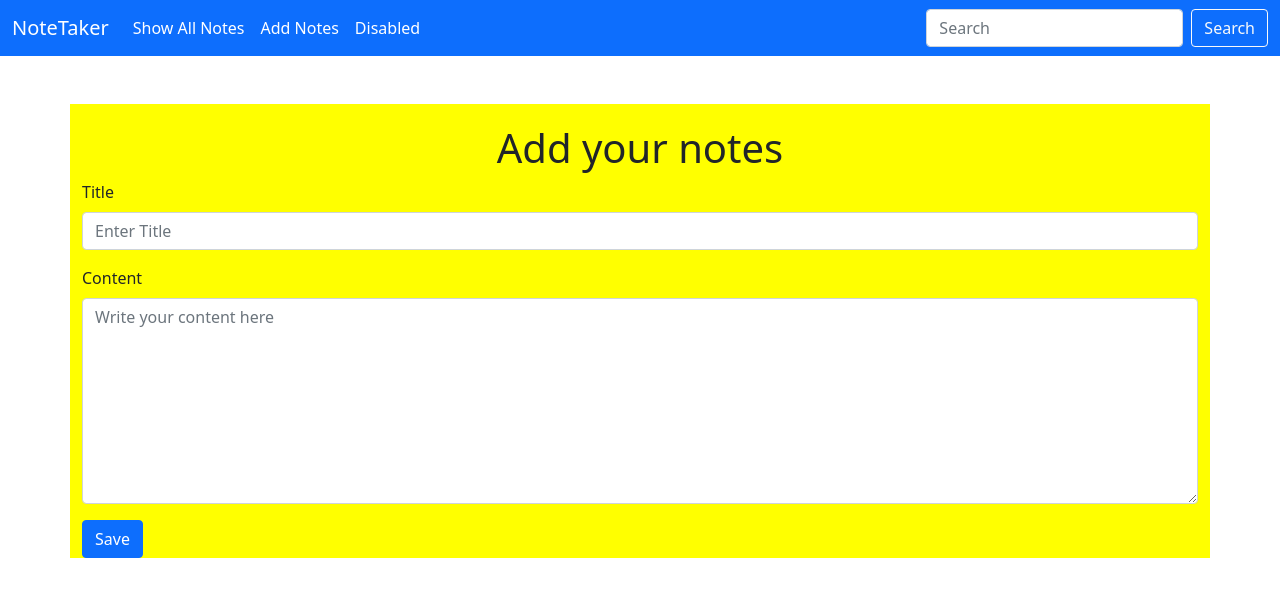
Repository: Shubham-Kumar-cmd/Hibernate
Page: http://localhost/NoteTakerApp/addNotes.jsp
The author's editor kept a copy of each file at every save. The page is drawn from the files as they stood at one save, then again after the next save.
The browser window is 1280 px wide. The pictures show the whole page.
The page is served by Tomcat 9. Other server files are loaded and not shown.

Above is the page before, as saved 2023-02-07 13:18:10.

### NoteTakerApp/src/main/webapp/addNotes.jsp
<%@ page language="java" contentType="text/html; charset=ISO-8859-1"
	pageEncoding="ISO-8859-1"%>
<%@include file="header.jsp"%>
<!DOCTYPE html>
<html>
<head>
<meta charset="ISO-8859-1">
<link
	href="https://cdn.jsdelivr.net/npm/bootstrap@5.0.2/dist/css/bootstrap.min.css"
	rel="stylesheet"
	integrity="sha384-EVSTQN3/azprG1Anm3QDgpJLIm9Nao0Yz1ztcQTwFspd3yD65VohhpuuCOmLASjC"
	crossorigin="anonymous">
<link rel="stylesheet" href="css/style.css">
<title>Add Notes</title>
</head>
<body>

<div class="container mt-5 mb-5">
	<h1 class="title">Add your notes</h1>
	<form action="" method="post">
		<div class="mb-3">
			<label for="title" class="form-label">Title</label>
			<input type="text"
			class="form-control"
			id="title"
			name="title"
			aria-describedby="emailHelp"
			placeholder="Enter Title"
			required>

		</div>
		<div class="mb-3">
			<label for="content" class="form-label">Content</label>
			<textarea class="form-control"
			id="content"
			name="content"
			rows="8"
			aria-describedby="emailHelp"
			placeholder="Write your content here"
			required></textarea>

		</div>
		<button type="submit" class="btn btn-primary button">Save</button>
	</form>
	</div>
</body>
</html>

### NoteTakerApp/src/main/webapp/header.jsp
<%@ page language="java" contentType="text/html; charset=ISO-8859-1"
	pageEncoding="ISO-8859-1"%>
<!DOCTYPE html>
<html>
<head>
<meta charset="ISO-8859-1">
<link
	href="https://cdn.jsdelivr.net/npm/bootstrap@5.0.2/dist/css/bootstrap.min.css"
	rel="stylesheet"
	integrity="sha384-EVSTQN3/azprG1Anm3QDgpJLIm9Nao0Yz1ztcQTwFspd3yD65VohhpuuCOmLASjC"
	crossorigin="anonymous">
<title>Header</title>
</head>
<body>
	<nav class="navbar navbar-expand-lg navbar-primary bg-primary">
		<div class="container-fluid">
			<a class="navbar-brand text-white" href="addNotes.jsp">NoteTaker</a>

			<div class="collapse navbar-collapse" id="navbarSupportedContent">
				<ul class="navbar-nav me-auto mb-2 mb-lg-0">
					<li class="nav-item"><a class="nav-link active text-white"
						aria-current="page" href="showAllNotes.jsp">Show All Notes</a></li>
					<li class="nav-item"><a class="nav-link text-white" href="addNotes.jsp">Add Notes</a></li>

					<li class="nav-item"><a class="nav-link text-white" href="#"
						tabindex="-1" aria-disabled="false">Disabled</a></li>
				</ul>
				<form class="d-flex">
					<input class="form-control me-2" type="search" placeholder="Search"
						aria-label="Search">
					<button class="btn btn-outline-light" type="submit">Search</button>
				</form>
			</div>
		</div>
	</nav>
</body>
</html>

### NoteTakerApp/src/main/webapp/css/style.css
@charset "ISO-8859-1";
.container{
	background-color:yellow;
}
.cards{
        display: grid;
        grid-template-columns: repeat(auto-fill,minmax(250px, 1fr));
 }
 .card{
 	margin:16px 8px;
 }
 .title{
 	padding-top:20px;
 	text-align:center;
 }
 .buttom{
 	padding:10px;
 	margin:10px;
 }

After the next save:
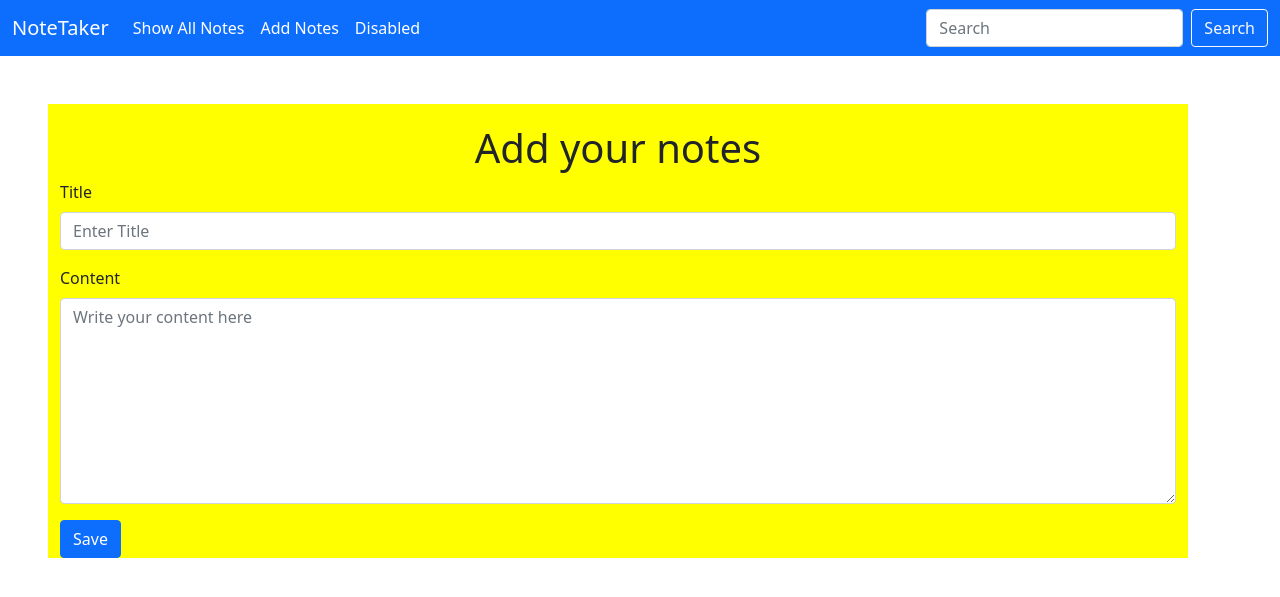
Saved 37 s later.
--- a/NoteTakerApp/src/main/webapp/addNotes.jsp
+++ b/NoteTakerApp/src/main/webapp/addNotes.jsp
@@ -15,7 +15,7 @@
 </head>
 <body>
 
-<div class="container mt-5 mb-5">
+<div class="container mt-5 m-5">
 	<h1 class="title">Add your notes</h1>
 	<form action="" method="post">
 		<div class="mb-3">
